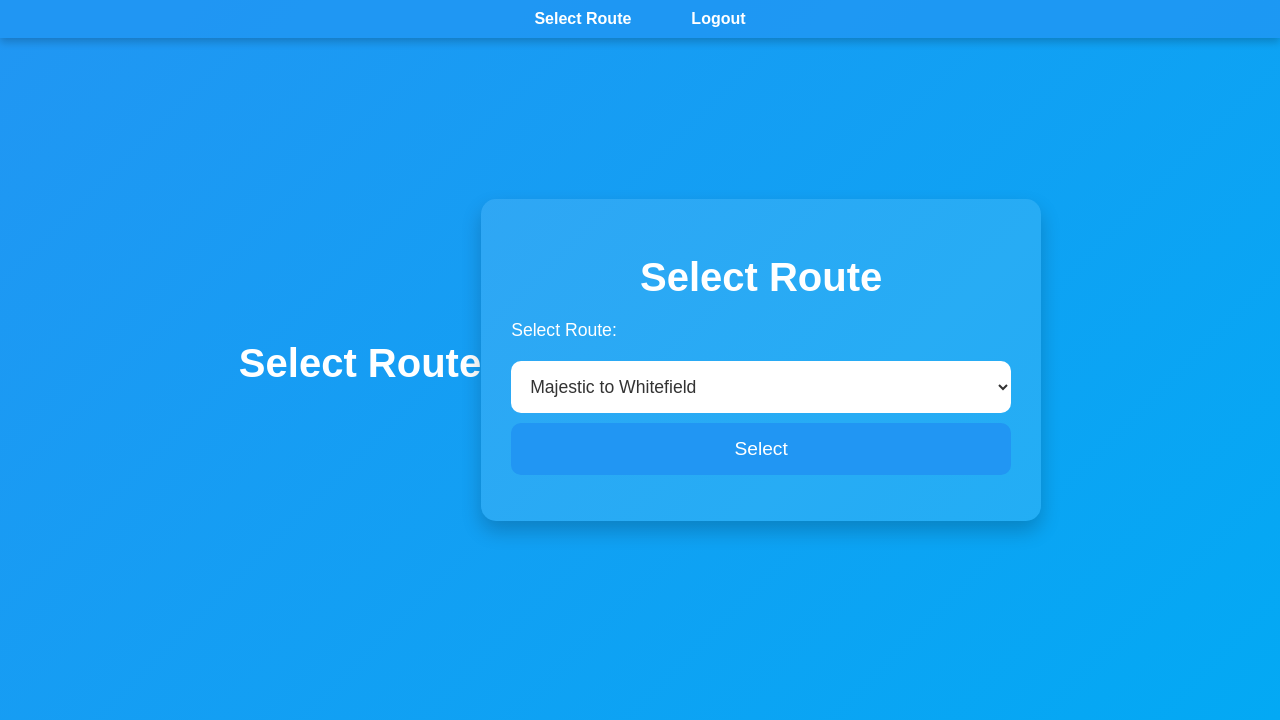
Repository: harutoNaiz/urban-mobility-system
Page: http://localhost/select_route
These files come from the project's save history. The page is drawn as it stood at one moment and after the next save; the edit follows.
The browser window is 1280 px wide. The pictures show the whole page.
The page is served by the project's application, run on Flask 3 (app.py). The session is filled in as if someone had signed in: {"user_id": 1}. The database holds what the project's SQL file puts in it.

Above is the page before, as saved 2024-11-13 08:57:44.

### app.py
from flask import Flask, render_template, request, redirect, url_for, jsonify, session
import pymysql
import json

# Import database config
# config.py
DB_CONFIG = {
    'host': 'localhost',
    'user': 'root',
    'password': '',
    'db': 'urban_mobility1',
    'charset': 'utf8mb4',
    'cursorclass': pymysql.cursors.DictCursor
}

app = Flask(__name__)
app.secret_key = 'your_secret_key'  # Set a secret key for the session

# Connect to the MySQL database
def get_db_connection():
    return pymysql.connect(**DB_CONFIG)

@app.route('/')
def index():
    return redirect(url_for('sign_in'))

# Sign-in page for existing users
@app.route('/sign_in', methods=['GET', 'POST'])
def sign_in():
    if request.method == 'POST':
        email = request.form['email']
        connection = get_db_connection()
        with connection.cursor() as cursor:
            cursor.execute("SELECT * FROM Users WHERE JSON_UNQUOTE(JSON_EXTRACT(ContactInfo, '$.Email')) = %s", (email,))
            user = cursor.fetchone()
        connection.close()

        if user:
            # Store the user ID in the session
            session['user_id'] = user['UserID']
            # Redirect to route selection page
            return redirect(url_for('select_route'))
        else:
            return "User not found", 404

    return render_template('sign_in.html')

# Register a new user
@app.route('/register', methods=['GET', 'POST'])
def register_user():
    if request.method == 'POST':
        name = request.form['name']
        phone = request.form['phone']
        email = request.form['email']
        preferred_transport = request.form['preferred_transport']
        commuting_pattern = request.form['commuting_pattern']

        # Create ContactInfo JSON
        contact_info = json.dumps({
            'Phone': phone,
            'Email': email
        })

        connection = get_db_connection()
        with connection.cursor() as cursor:
            sql = "INSERT INTO Users (Name, ContactInfo, PreferredTransportMode, CommutingPattern) VALUES (%s, %s, %s, %s)"
            cursor.execute(sql, (name, contact_info, preferred_transport, commuting_pattern))
            new_user_id = cursor.lastrowid
            connection.commit()
        connection.close()

        # Store the new user ID in the session
        session['user_id'] = new_user_id

        # Redirect to the route selection page
        return redirect(url_for('select_route'))

    return render_template('register.html')

# Route selection with congestion suggestion
@app.route('/select_route', methods=['GET', 'POST'])
def select_route():
    # Get the user ID from the session
    user_id = session.get('user_id')

    if request.method == 'POST':
        route_id = request.form['route_id']

        # Check congestion level for the selected route
        connection = get_db_connection()
        with connection.cursor() as cursor:
            cursor.execute("SELECT CheckTrafficWarning(%s) AS traffic_warning", (route_id,))
            traffic_warning = cursor.fetchone()['traffic_warning']
        connection.close()

        if traffic_warning:
            return render_template('congestion_warning.html', traffic_warning=traffic_warning, route_id=route_id, user_id=user_id)
        else:
            return redirect(url_for('suggest_routes', route_id=route_id, user_id=user_id))

    # Fetch available routes for user
    connection = get_db_connection()
    with connection.cursor() as cursor:
        cursor.execute("SELECT * FROM Routes")
        routes = cursor.fetchall()
    connection.close()

    return render_template('select_route.html', routes=routes, user_id=user_id)

# Handle budget input and show options
@app.route('/suggest_routes', methods=['POST'])
def suggest_routes():
    # Get the user ID from the session
    user_id = session.get('user_id')

    if not user_id:
        return jsonify({'message': 'User not authenticated.'}), 401

    budget = float(request.form['budget'])
    route_id = int(request.form['route_id'])

    connection = get_db_connection()
    with connection.cursor() as cursor:
        sql = """
        SELECT Journeys.JourneyID, Journeys.TransportModeID, MIN(JourneyCost) AS Cost
        FROM Journeys
        WHERE StartLocation = (SELECT StartPoint FROM Routes WHERE RouteID = %s)
        AND EndLocation = (SELECT EndPoint FROM Routes WHERE RouteID = %s)
        AND JourneyCost <= %s
        GROUP BY Journeys.JourneyID, Journeys.TransportModeID
        ORDER BY Cost
        """

        cursor.execute(sql, (route_id, route_id, budget))  # Ensure using %s placeholders here
        suggested_routes = cursor.fetchall()
    connection.close()

    return render_template('payment.html', suggested_routes=suggested_routes, user_id=user_id)


@app.route('/process_booking', methods=['POST'])
def process_booking():
    # Get the user ID from the session
    user_id = session.get('user_id')

    if not user_id:
        return jsonify({'message': 'User not authenticated.'}), 401

    transport_mode_id = int(request.form['transport_mode_id'])
    journey_cost = float(request.form['cost'])
    payment_method = request.form['payment_method']

    connection = get_db_connection()
    with connection.cursor() as cursor:
        # Check capacity
        cursor.execute("SELECT Capacity, CurrentOccupancy FROM TransportModes WHERE TransportModeID = %s", (transport_mode_id,))
        transport_mode = cursor.fetchone()

        if transport_mode['CurrentOccupancy'] < transport_mode['Capacity']:
            # Proceed with booking
            cursor.execute("""
            INSERT INTO Journeys (StartLocation, EndLocation, StartTime, JourneyCost, TransportModeID)
            VALUES ('Unknown Start', 'Unknown End', NOW(), %s, %s)
            """, (journey_cost, transport_mode_id))
            connection.commit()

            # Update occupancy
            cursor.execute("UPDATE TransportModes SET CurrentOccupancy = CurrentOccupancy + 1 WHERE TransportModeID = %s", (transport_mode_id,))
            connection.commit()

            # Record payment
            cursor.execute("""
            INSERT INTO Payments (UserID, ProviderID, Amount, PaymentDate, PaymentMethod, DiscountApplied)
            VALUES (%s, (SELECT ProviderID FROM TransportModes WHERE TransportModeID = %s), %s, NOW(), %s, 0)
            """, (user_id, transport_mode_id, journey_cost, payment_method))
            connection.commit()
        else:
            return jsonify({'message': 'Capacity exceeded. Booking failed.'}), 400

    connection.close()
    return jsonify({'message': 'Booking and payment successful!'}), 200

@app.route('/logout')
def logout():
    session.pop('user_id', None)  # Remove user ID from session
    return redirect(url_for('sign_in'))  # Redirect to sign-in page


if __name__ == '__main__':
    app.run(debug=True)

### templates/select_route.html
<!-- templates/select_route.html -->
{% if session.get('user_id') %}
    {% include 'navbar.html' %}
{% endif %}
<h1>Select Route</h1>
<!-- Your existing route selection form goes here -->


<!DOCTYPE html>
<html lang="en">
<head>
    <meta charset="UTF-8">
    <meta name="viewport" content="width=device-width, initial-scale=1.0">
    <title>Select Route</title>
    <style>
        body {
            font-family: 'Arial', sans-serif;
            background: linear-gradient(135deg, #2196F3, #03A9F4);
            margin: 0;
            padding: 0;
            height: 100vh;
            display: flex;
            justify-content: center;
            align-items: center;
            color: #fff;
        }

        .container {
            background: rgba(255, 255, 255, 0.1);
            padding: 30px;
            border-radius: 15px;
            box-shadow: 0 10px 20px rgba(0, 0, 0, 0.2);
            width: 100%;
            max-width: 500px;
            text-align: center;
        }

        h1 {
            font-size: 2.5rem;
            margin-bottom: 20px;
            color: #fff;
        }

        label {
            font-size: 1.1rem;
            display: block;
            margin-bottom: 10px;
            text-align: left;
            color: #fff;
        }

        select {
            width: 100%;
            padding: 15px;
            margin: 10px 0;
            font-size: 1.1rem;
            border: none;
            border-radius: 10px;
            background-color: #fff;
            color: #333;
            box-sizing: border-box;
        }

        button {
            width: 100%;
            padding: 15px;
            background-color: #2196F3;
            color: #fff;
            font-size: 1.2rem;
            border: none;
            border-radius: 10px;
            cursor: pointer;
            transition: background-color 0.3s ease;
        }

        button:hover {
            background-color: #1976D2;
        }

        p {
            margin-top: 20px;
            color: #fff;
        }

        a {
            color: #03A9F4;
            text-decoration: none;
            font-weight: bold;
        }

        a:hover {
            color: #fff;
        }
    </style>
</head>
<body>
    <div class="container">
        <h1>Select Route</h1>
        <form method="POST">
            <label for="route_id">Select Route:</label>
            <select id="route_id" name="route_id">
                {% for route in routes %}
                    <option value="{{ route.RouteID }}">{{ route.StartPoint }} to {{ route.EndPoint }}</option>
                {% endfor %}
            </select><br>

            <input type="hidden" name="user_id" value="{{ user_id }}">

            <button type="submit">Select</button>
        </form>
    </div>
</body>
</html>

### templates/navbar.html
<!-- templates/navbar.html -->
<nav class="navbar">
    <ul>
        <li><a href="{{ url_for('select_route') }}">Select Route</a></li>
        <li><a href="{{ url_for('logout') }}">Logout</a></li>
    </ul>
</nav>
<style>
    /* Styling for the navbar */
    .navbar {
        position: fixed;
        top: 0;
        width: 100%;
        background: rgba(33, 150, 243, 0.8); /* Transparent blue to match the page style */
        padding: 10px 0;
        box-shadow: 0 4px 8px rgba(0, 0, 0, 0.2);
        display: flex;
        justify-content: center;
        z-index: 1000;
    }

    .navbar ul {
        list-style: none;
        margin: 0;
        padding: 0;
        display: flex;
        gap: 20px;
    }

    .navbar ul li {
        margin: 0;
    }

    .navbar ul li a {
        color: white;
        text-decoration: none;
        padding: 10px 20px;
        font-size: 1rem;
        font-weight: bold;
        border-radius: 8px;
        transition: background-color 0.3s ease;
    }

    .navbar ul li a:hover {
        background-color: rgba(255, 255, 255, 0.3); /* Hover effect */
    }
</style>

### urban_mobility1.sql (the tables this page reads)
CREATE TABLE Routes (
    RouteID INT AUTO_INCREMENT PRIMARY KEY,
    TransportModeID INT,
    StartPoint VARCHAR(100),
    EndPoint VARCHAR(100),
    RouteMap JSON,
    Distance DECIMAL(10, 2),
    EstimatedTime TIME,
    MaxTrafficLevel ENUM('Low', 'Medium', 'High') DEFAULT 'Low',
    CurrentTrafficLevel ENUM('Low', 'Medium', 'High') DEFAULT 'Low',
    FOREIGN KEY (TransportModeID) REFERENCES TransportModes(TransportModeID)
);

INSERT INTO Routes (TransportModeID, StartPoint, EndPoint, RouteMap, Distance, EstimatedTime, MaxTrafficLevel, CurrentTrafficLevel) VALUES
(17, 'Majestic', 'Whitefield', '{"Path": ["Majestic", "MG Road", "Ulsoor", "Whitefield"]}', 20.5, '01:15:00', 'Medium', 'Low'),
(18, 'Nagasandra', 'Yelachenahalli', '{"Path": ["Nagasandra", "Rajajinagar", "MG Road", "Yelachenahalli"]}', 18.0, '00:45:00', 'Low', 'Low'),
(19, 'Koramangala', 'Electronic City', '{"Path": ["Koramangala", "Silk Board", "HSR Layout", "Electronic City"]}', 12.0, '00:30:00', 'High', 'Medium'),
(20, 'Indiranagar', 'Kormangala', '{"Path": ["Indiranagar", "Domlur", "Ejipura", "Koramangala"]}', 5.0, '00:20:00', 'Low', 'Low');

After the next save:
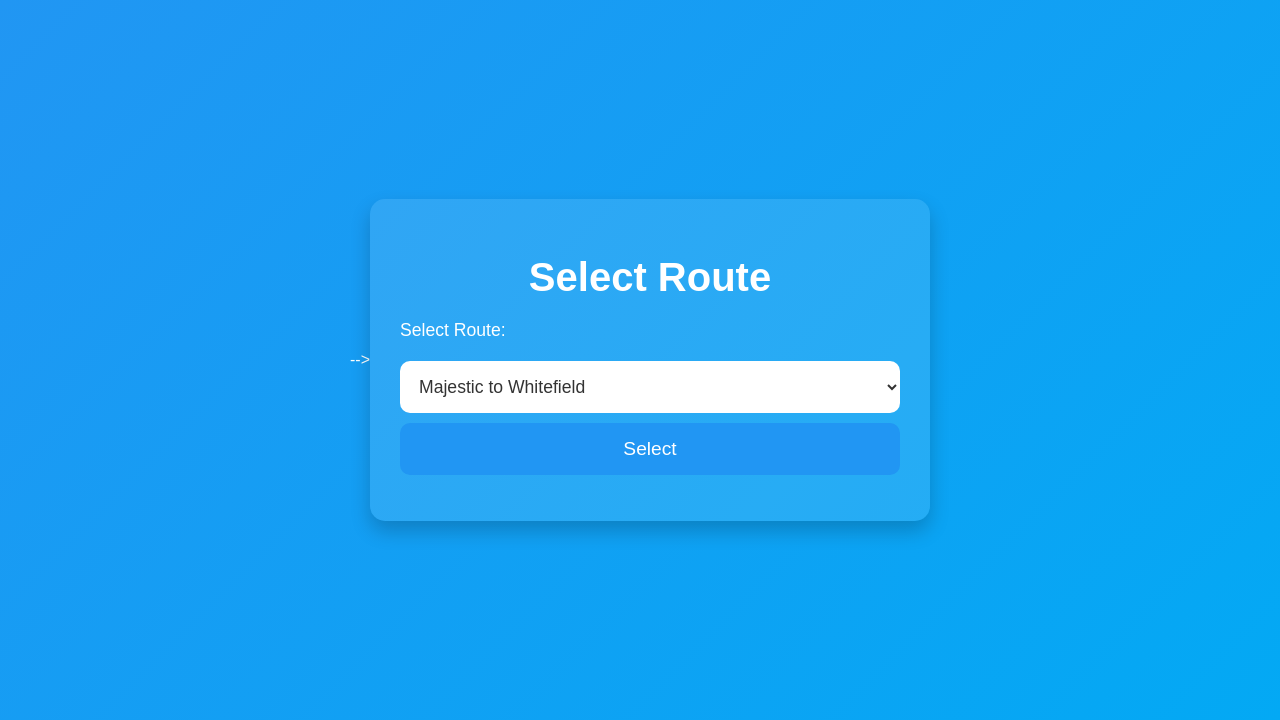
Saved 102 s later.
--- a/templates/select_route.html
+++ b/templates/select_route.html
@@ -1,9 +1,4 @@
-<!-- templates/select_route.html -->
-{% if session.get('user_id') %}
-    {% include 'navbar.html' %}
-{% endif %}
-<h1>Select Route</h1>
-<!-- Your existing route selection form goes here -->
+-->
 
 
 <!DOCTYPE html>
